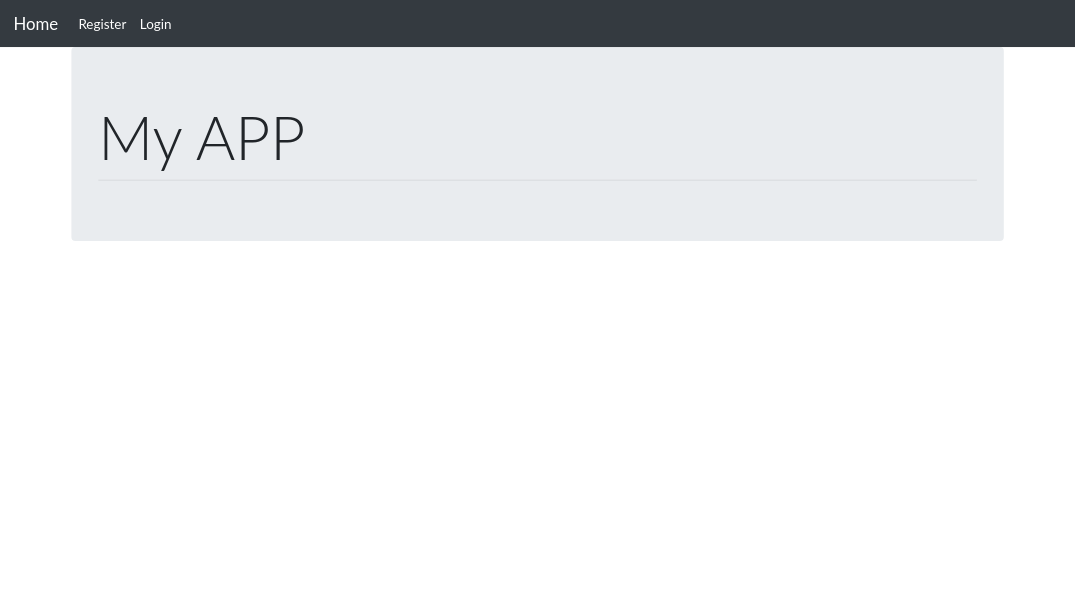
Repository: prabhat8701/nextgrowth_lab_task-main
Page: http://localhost/
These files come from the project's save history. The page is drawn as it stood at one moment and after a run of saves; the edit follows.
The browser window is 1280 px wide. The pictures show the whole page, at 84% of full size.
The page is served by the project's application, run on Django 4.2 (manage.py).

Above is the page before, as saved 2023-07-31 18:12:26.

After the next 2 saves:
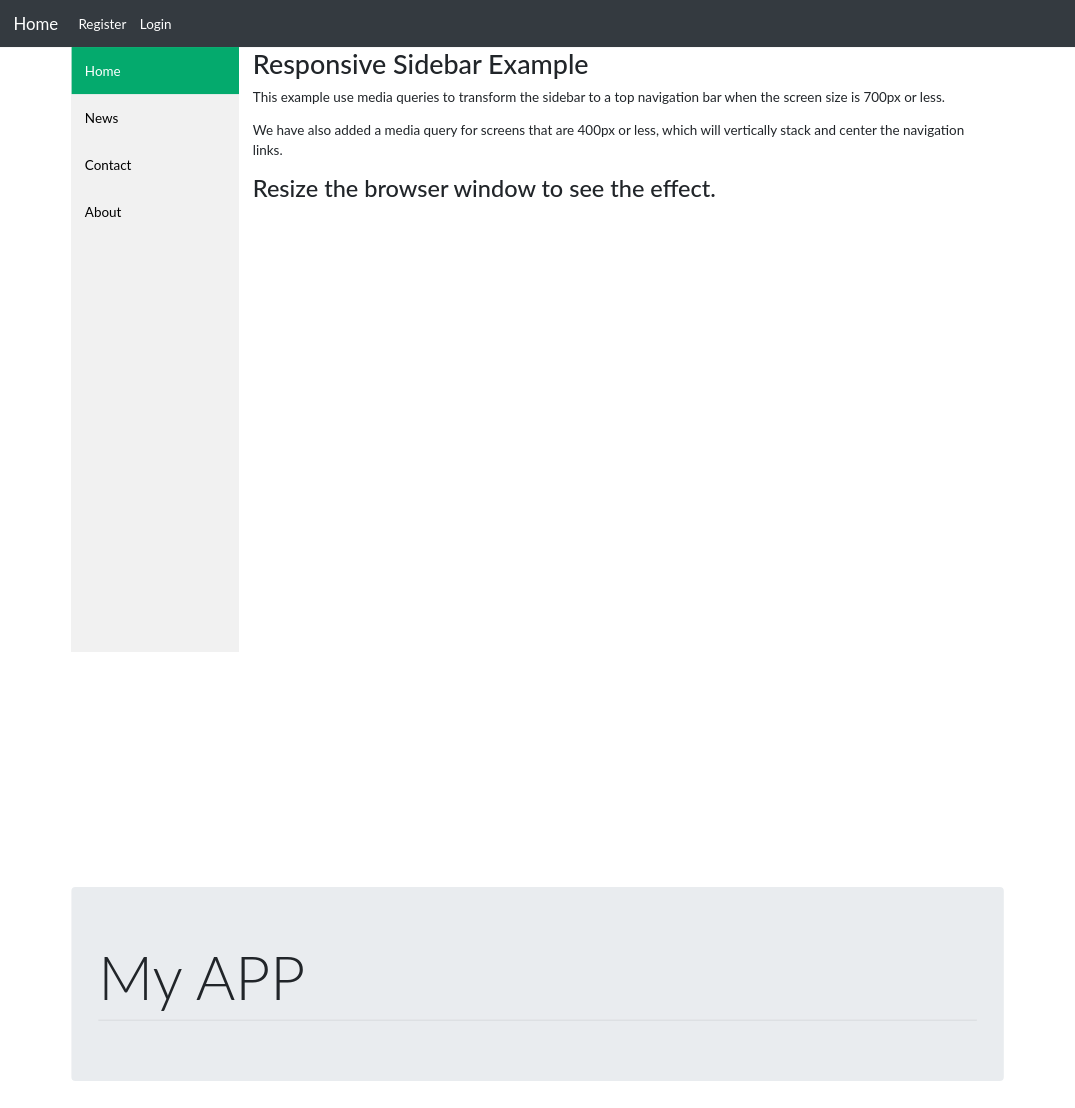
The 2 saves are shown as one change because they came seconds apart.
The last was saved 12 s later.
--- a/nextgrowAi/SET_2/next_project/templates/gradesApp/index.html
+++ b/nextgrowAi/SET_2/next_project/templates/gradesApp/index.html
@@ -57,6 +57,24 @@
     }
 </style>
 
+<body>
+
+    <div class="sidebar">
+      <a class="active" href="#home">Home</a>
+      <a href="#news">News</a>
+      <a href="#contact">Contact</a>
+      <a href="#about">About</a>
+    </div>
+
+    <div class="content">
+      <h2>Responsive Sidebar Example</h2>
+      <p>This example use media queries to transform the sidebar to a top navigation bar when the screen size is 700px or less.</p>
+      <p>We have also added a media query for screens that are 400px or less, which will vertically stack and center the navigation links.</p>
+      <h3>Resize the browser window to see the effect.</h3>
+    </div>
+
+    </body>
+
 
 <div class="jumbotron">
 

After the save that followed:
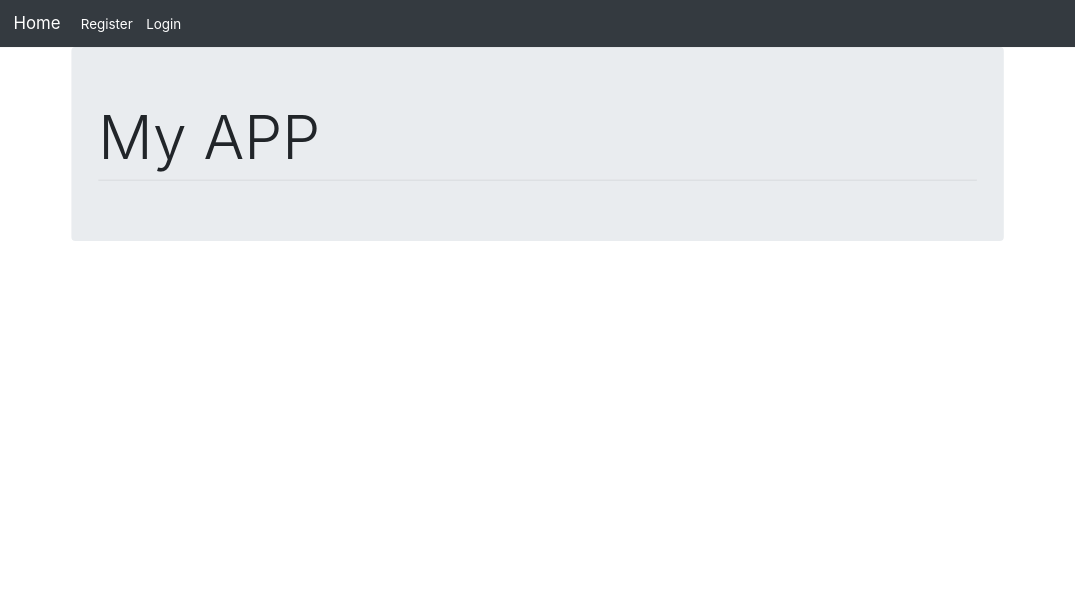
Saved 29 s later.
--- a/nextgrowAi/SET_2/next_project/templates/gradesApp/index.html
+++ b/nextgrowAi/SET_2/next_project/templates/gradesApp/index.html
@@ -1,79 +1,5 @@
 {% extends 'gradesApp/base.html' %}
 {% block body_block %}
-<style>
-    body {
-      margin: 0;
-      font-family: "Lato", sans-serif;
-    }
-
-    .sidebar {
-      margin: 0;
-      padding: 0;
-      width: 200px;
-      background-color: #f1f1f1;
-      position: fixed;
-      height: 100%;
-      overflow: auto;
-    }
-
-    .sidebar a {
-      display: block;
-      color: black;
-      padding: 16px;
-      text-decoration: none;
-    }
-
-    .sidebar a.active {
-      background-color: #04AA6D;
-      color: white;
-    }
-
-    .sidebar a:hover:not(.active) {
-      background-color: #555;
-      color: white;
-    }
-
-    div.content {
-      margin-left: 200px;
-      padding: 1px 16px;
-      height: 1000px;
-    }
-
-    @media screen and (max-width: 700px) {
-      .sidebar {
-        width: 100%;
-        height: auto;
-        position: relative;
-      }
-      .sidebar a {float: left;}
-      div.content {margin-left: 0;}
-    }
-
-    @media screen and (max-width: 400px) {
-      .sidebar a {
-        text-align: center;
-        float: none;
-      }
-    }
-</style>
-
-<body>
-
-    <div class="sidebar">
-      <a class="active" href="#home">Home</a>
-      <a href="#news">News</a>
-      <a href="#contact">Contact</a>
-      <a href="#about">About</a>
-    </div>
-
-    <div class="content">
-      <h2>Responsive Sidebar Example</h2>
-      <p>This example use media queries to transform the sidebar to a top navigation bar when the screen size is 700px or less.</p>
-      <p>We have also added a media query for screens that are 400px or less, which will vertically stack and center the navigation links.</p>
-      <h3>Resize the browser window to see the effect.</h3>
-    </div>
-
-    </body>
 
 
 <div class="jumbotron">
